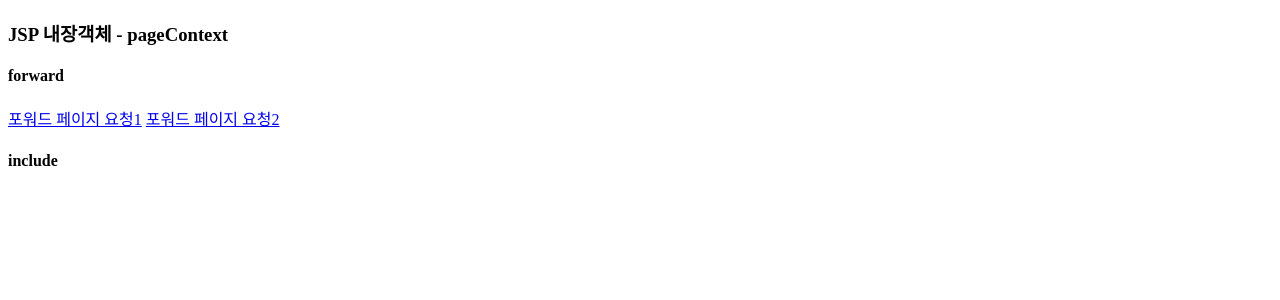
Repository: SangKyuuu/Jsp
Page: http://localhost/ch03/3_pageContext.jsp
An editor plug-in stored every save of this project. The page is shown before and after the next save, followed by the edit.
The browser window is 1280 px wide. The pictures show the whole page.
The page is served by Tomcat 9.

Above is the page before, as saved 2025-07-28 06:44:00.

After the next save:
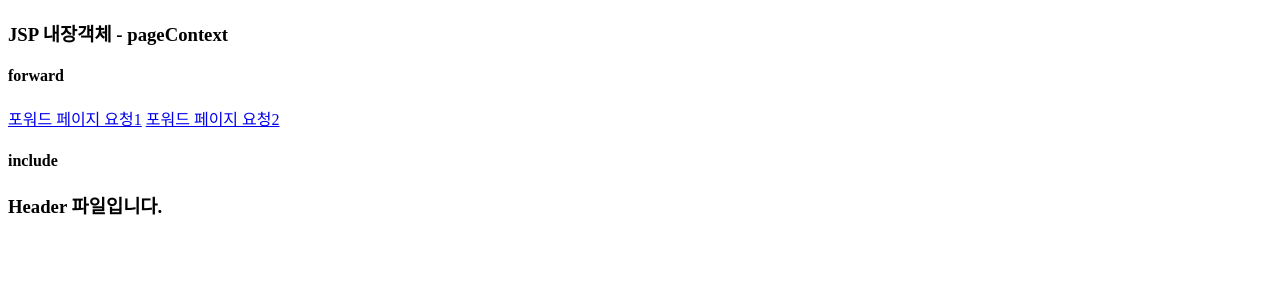
Saved 87 s later.
--- a/ch03/src/main/webapp/3_pageContext.jsp
+++ b/ch03/src/main/webapp/3_pageContext.jsp
@@ -18,7 +18,9 @@
 		<a href="./proc/forward2.jsp">포워드 페이지 요청2</a>
 
 		<h4>include</h4>
-
+		<%
+			pageContext.include("./inc/_header.jsp");
+		%>
 
 	</body>
 </html>
